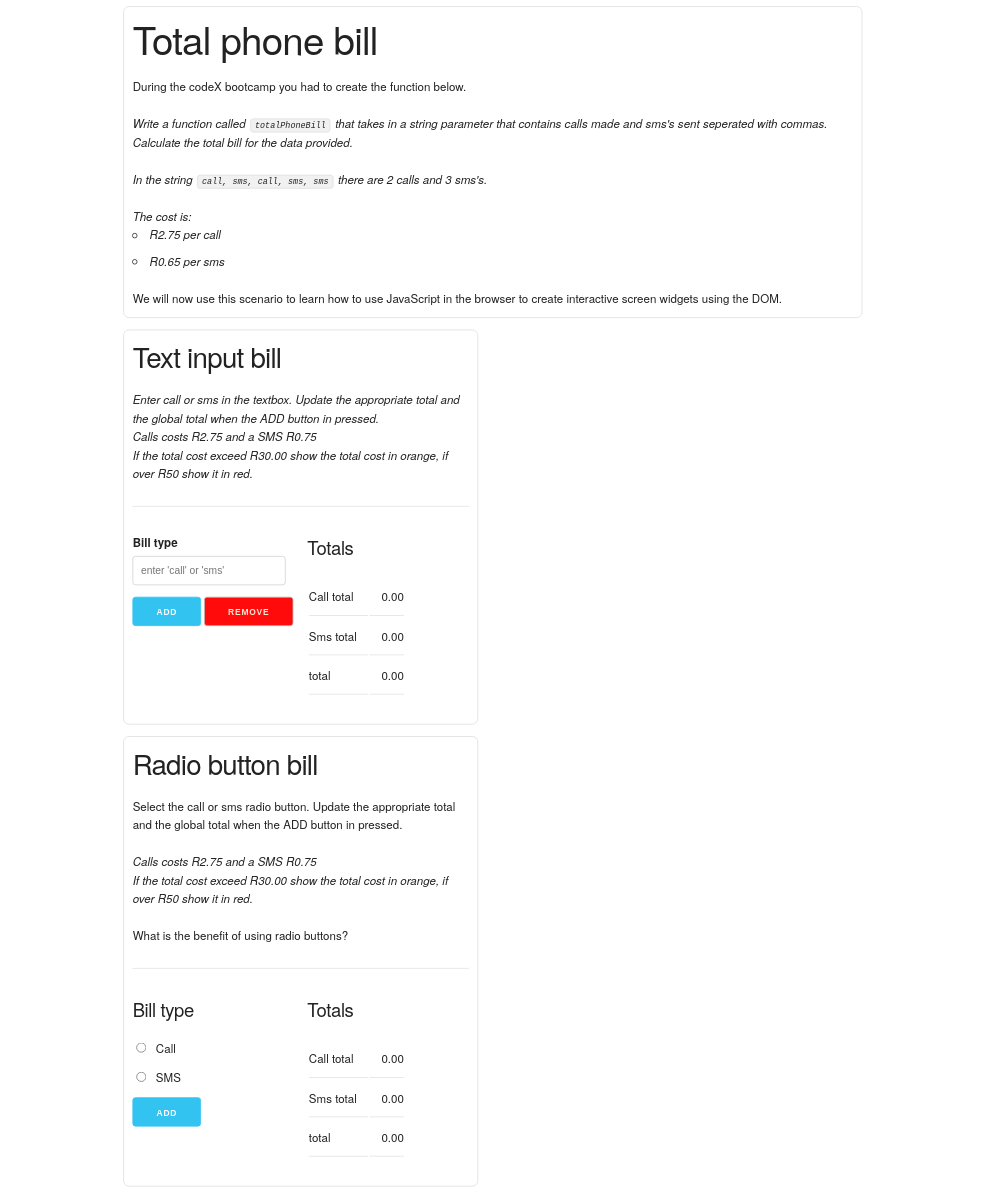
Repository: lasity34/Dom-intro-handlebars
Page: index.html
An editor plug-in stored every save of this project. The page is shown before and after the next save, followed by the edit.
The browser window is 1280 px wide. The pictures show the whole page, at 77% of full size.
Some web libraries are served in a nearby version.

Above is the page before, as saved 2023-05-09 08:38:02.

After the next save:
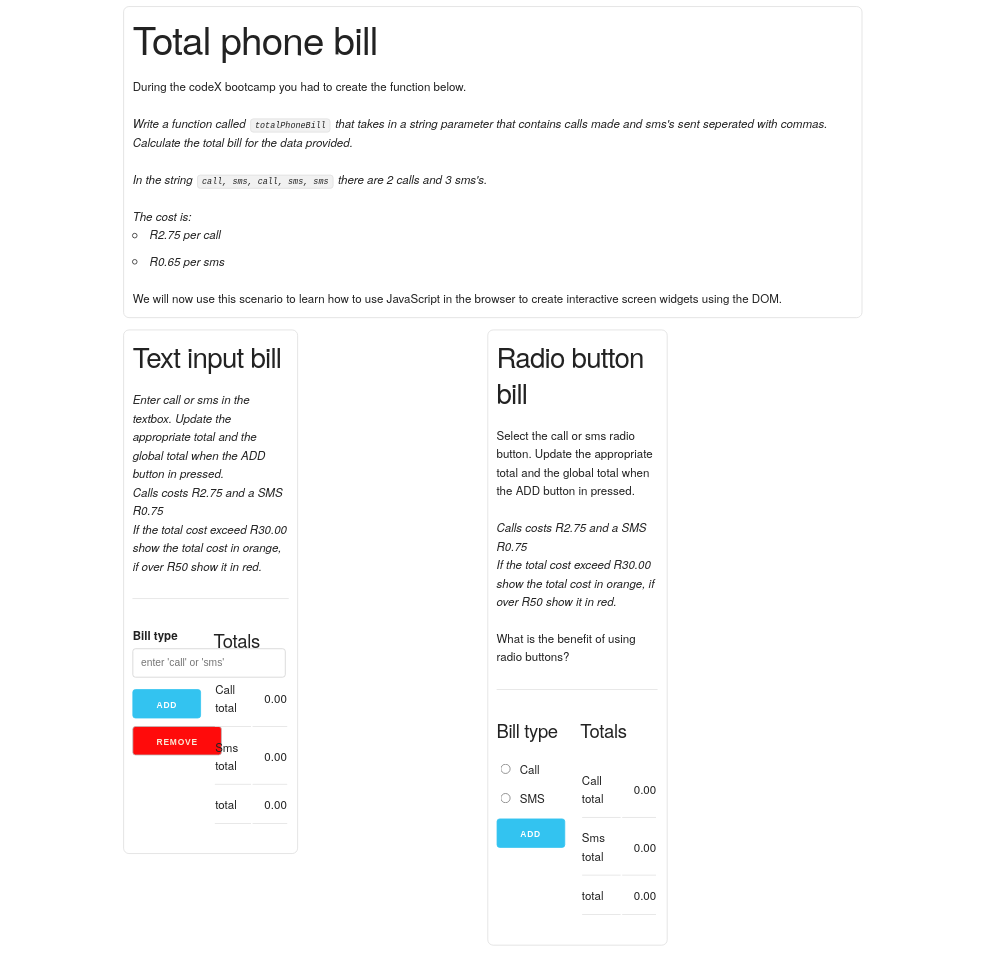
Saved 23 s later.
--- a/index.html
+++ b/index.html
@@ -51,7 +51,7 @@
           </div>
         </div>
       </div>
-      <div class="widget_contaienr">
+      <div class="widget_container">
       <div class="row">
         <div class="six columns box">
           <!--  text input bill -->
